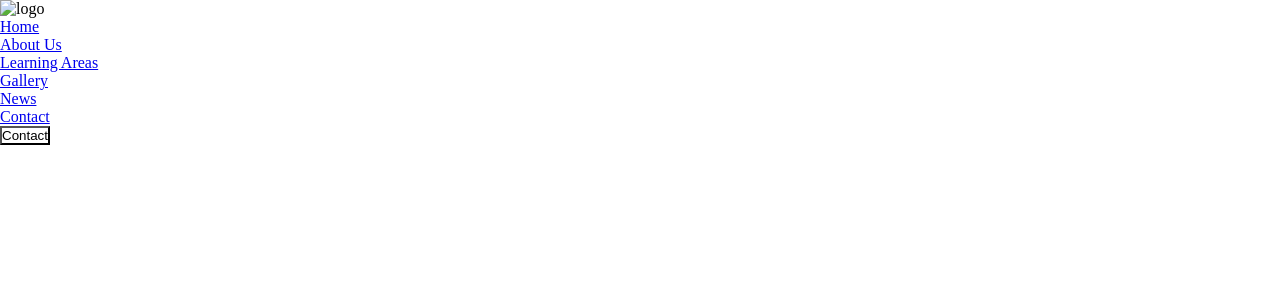
Repository: hkhaidhir/Mock-Website
Page: index.html
The author's editor kept a copy of each file at every save. The page is drawn from the files as they stood at one save, then again after the next save.
The browser window is 1280 px wide. The pictures show the whole page.

Above is the page before, as saved 2023-03-01 20:25:51.

### index.html
<!DOCTYPE html>
<html lang="en">
<head>
    <meta charset="UTF-8">
    <meta http-equiv="X-UA-Compatible" content="IE=edge">
    <meta name="viewport" content="width=device-width, initial-scale=1.0">
    <link rel="stylesheet" href="style.css">
    <title>Home</title>
</head>


<body>
    <header>
        <img class="logo" src="" alt="logo">
        <nav>
            <ul class="nav__links">
                <li><a href="#">Home</a></li>
                <li><a href="#">About Us</a></li>
                <li><a href="#">Learning Areas</a></li>
                <li><a href="#">Gallery</a></li>
                <li><a href="#">News</a></li>
                <li><a href="#">Contact</a></li>
            </ul>
        </nav>
        <a class="cta" href="#"><button>Contact</button></a>
    </header>
</body>
</html>

### style.css
@import url('https://fonts.googleapis.com/css2?family=Montserrat:wght@500&display=swap');

* {
    box-sizing: border-box;
    margin: 0;
    padding: 0;
    background-color: white;
}

After the next save:
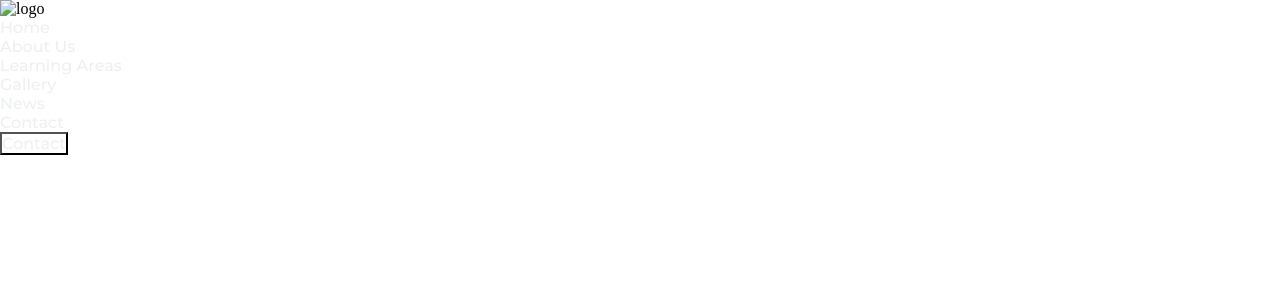
Saved 3 min 59 s later.
--- a/style.css
+++ b/style.css
@@ -6,3 +6,11 @@
     padding: 0;
     background-color: white;
 }
+
+li, a, button {
+    font-family: "Montserrat", sans-serif;
+    font-weight: 500;
+    font-size: 16px;
+    color: #edf0f1;
+    text-decoration: none;
+}
